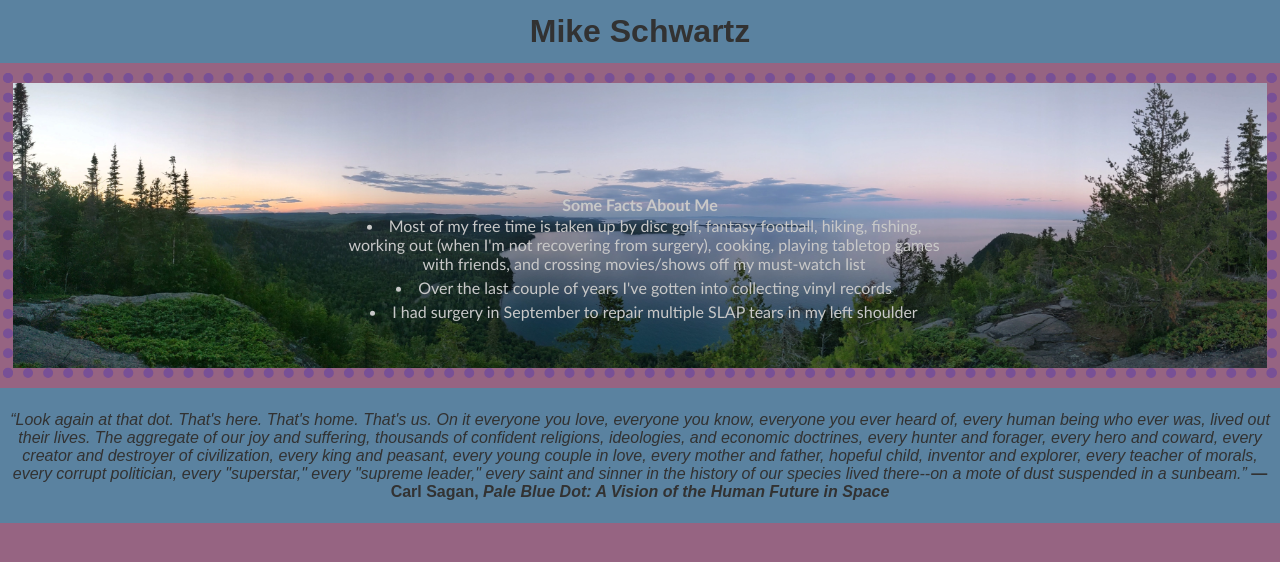
Repository: Ellusionism/prime-pw-week-1-assignment
Page: assignment/index.html
These files come from the project's save history. The page is drawn as it stood at one moment and after a run of saves; the edit follows.
The browser window is 1280 px wide. The pictures show the whole page.

Above is the page before, as saved 2022-10-26 18:08:19.

### assignment/index.html
<!DOCTYPE html>
<html>
<head>
    <meta charset="utf-8" />
    <meta http-equiv="X-UA-Compatible" content="IE=edge">
    <!-- Change the <title> from "Page Title" to "Hello World" -->
    <title>Hello World</title>
    <meta name="viewport" content="width=device-width, initial-scale=1">
    <script type="text/javascript" src="helloWorld.js"></script>

    <link rel="stylesheet" type="text/css" media="screen" href="style.css" />
</head>
<body>
    <!-- Create a header element  -->

    <!-- Inside the header, add an <h1> element containing your name -->

    <header>
        <h1 class="name">Mike Schwartz</h1>
    </header>

    <!-- Include an image -->

    <!-- Create an unordered list with 3 list items of fun facts about you -->

    <div class="container">
        <img src="images/mtjosephine.jpg" alt="Mount Josephine summit view" class="img">
        <h4 class="facts">Some Facts About Me</h4>
        <ul class="facts-list">
            <li>Most of my free time is taken up by disc golf, fantasy football, hiking, fishing, working out (when I'm not recovering from surgery), cooking, playing tabletop games with friends, and crossing movies/shows off my must-watch list</li>
            <li>Over the last couple of years I've gotten into collecting vinyl records</li>
            <li>I had surgery in September to repair multiple SLAP tears in my left shoulder</li>
        </ul>
    </div>

    <!-- Create a footer element -->
    <footer class="fav-quote">
        <p>“Look again at that dot. That's here. That's home. That's us. On it everyone you love, everyone you know, everyone you ever heard of, every human being who ever was, lived out their lives. The aggregate of our joy and suffering, thousands of confident religions, ideologies, and economic doctrines, every hunter and forager, every hero and coward, every creator and destroyer of civilization, every king and peasant, every young couple in love, every mother and father, hopeful child, inventor and explorer, every teacher of morals, every corrupt politician, every "superstar," every "supreme leader," every saint and sinner in the history of our species lived there--on a mote of dust suspended in a sunbeam.”
            <span class="cite">― Carl Sagan,</span><span class="cite-book"> Pale Blue Dot: A Vision of the Human Future in Space</span></p>
    </footer>
    <!-- Inside your footer, put a <p> element with your favorite quote -->
</body>
</html>

### assignment/style.css
/* Give your page a fun background color */
body {
 background-color: rgb(150, 100, 130);
 margin: 0;
 font-family: Arial, Helvetica, sans-serif;
}
/* Make the header and footer a different color from the background */
header {
 background-color: rgb(90, 130, 160);
 margin: 0 0 10px;
 padding: 1%;
}
/* Align the h1 containing your name in the center of the header*/
.name {
 color:rgb(50, 50, 50);
 text-align: center;
 margin: 0;
}
/* Make your p tag a different color and italic */
.fav-quote {
 background-color:rgb(90,130,160);
 margin: 10px 0 0;
 padding: 0.5%;
 color: rgb(50, 50, 50);
 font-style: italic;
 text-align: center;
}

.cite {
 font-style: normal;
 font-weight: bold;
}

.cite-book {
 font-weight: bold;
}
/* Put a border around your image */
.img {
 border: 10px dotted  rgb(120, 80, 150);
 padding: 0;
 display: block;
 margin: auto;
 max-height: 100%;
 max-width: 98%;
}
/* Change the font-family of your list */
.facts {
 color: rgb(200, 200, 200);
 font-family:'Gill Sans', 'Gill Sans MT', Calibri, 'Trebuchet MS', sans-serif;
 position: absolute;
 top: 50%;
 left: 50%;
 transform: translate(-50%, -275%);
}

.facts-list {
 color: rgb(200, 200, 200);
 font-family:'Gill Sans', 'Gill Sans MT', Calibri, 'Trebuchet MS', sans-serif;
 position: absolute;
 top: 50%;
 left: 50%;
 transform: translate(-52.5%, -25%);
 list-style-position: inside;
 display: flex;
 flex-direction: column;
 align-items: center;
}

.facts-list li + li {
 margin-top: 5px;
}

 .container {
  position: relative;
  text-align: center;
 }

Loaded but not shown: assignment/helloWorld.js (common file)

After the next 3 saves:
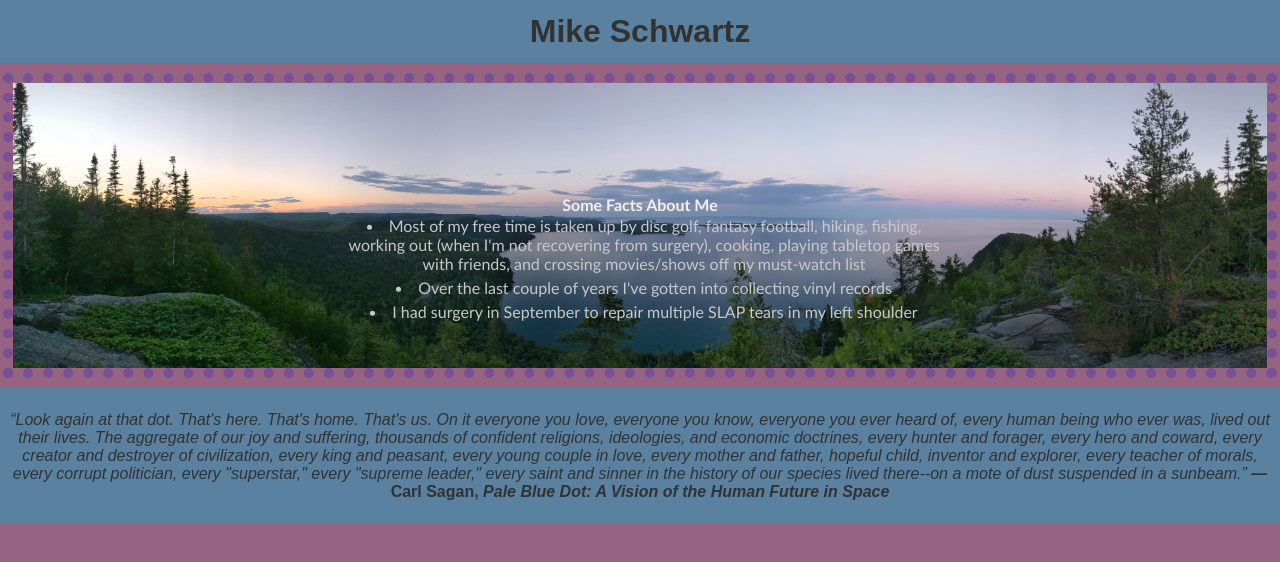
The 3 saves are shown as one change because they came seconds apart.
The last was saved 20 s later.
--- a/assignment/style.css
+++ b/assignment/style.css
@@ -45,7 +45,7 @@ header {
 }
 /* Change the font-family of your list */
 .facts {
- color: rgb(200, 200, 200);
+ color: rgb(240, 240, 240);
  font-family:'Gill Sans', 'Gill Sans MT', Calibri, 'Trebuchet MS', sans-serif;
  position: absolute;
  top: 50%;
